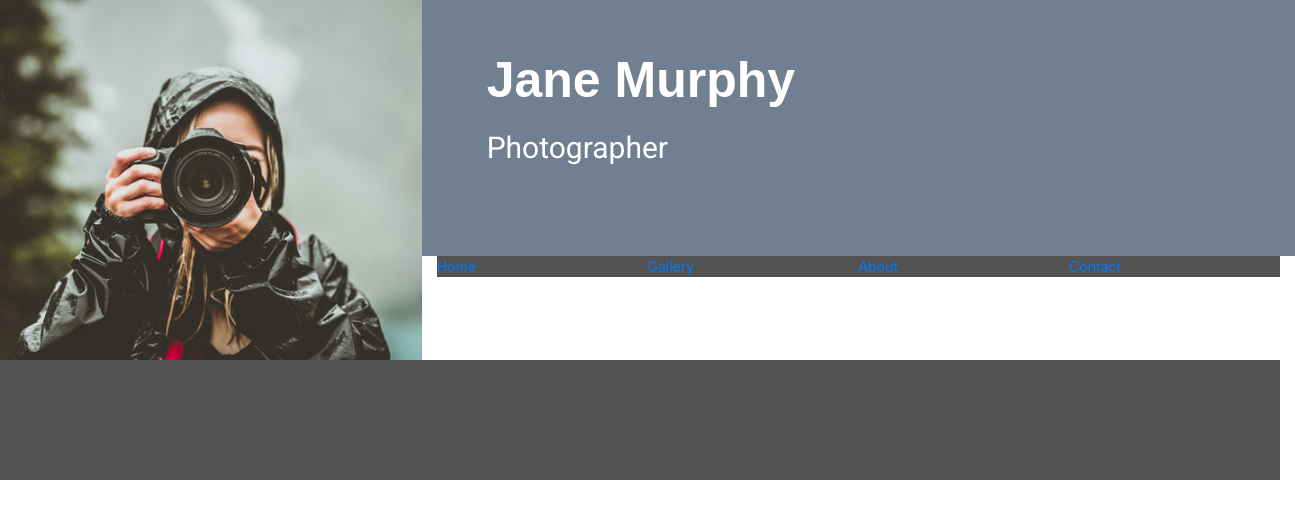
Repository: Code-Institute-Submissions/MrChrisRandall-milestone-1
Page: index.html
The author's editor kept a record of every edit. The page is drawn from the files as they stood at one moment, then again after the next edit.
The browser window is 1280 px wide. The page is 1295 px wide, so the pictures cover 1295 px, including what lies to the right of the window. The pictures show the whole page.

Above is the page before.

After the next edit:
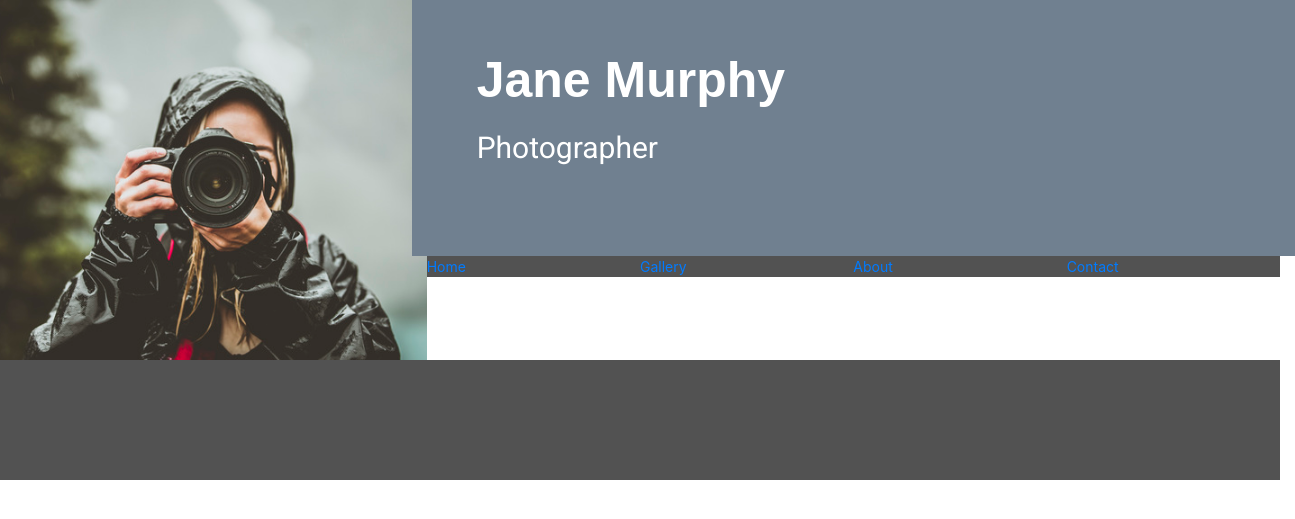
The edit:
--- a/index.html
+++ b/index.html
@@ -14,7 +14,7 @@
 
 <body>
     <header>
-        <div class="row">
+        <div class="row no-gutters">
             <a href="index.html" class="col-md-4 logo">
 
             </a>
